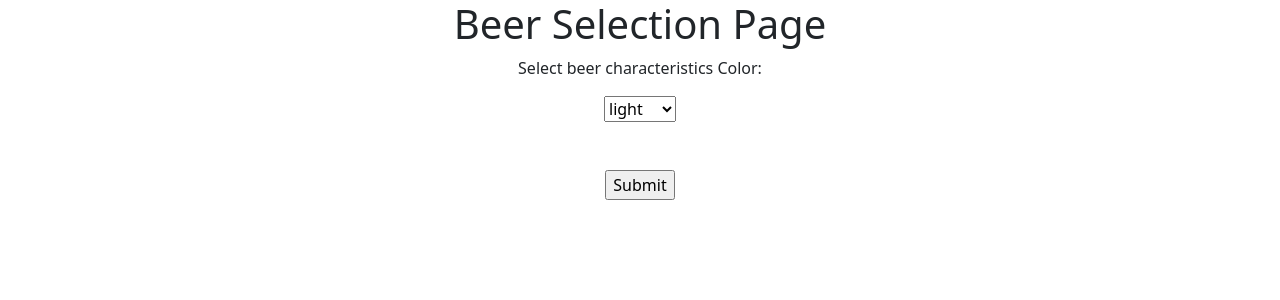
Repository: vedang03/servlet-jsp
Page: http://localhost/10-beer-app/beerSelect.jsp
An editor plug-in stored every save of this project. The page is shown before and after the next save, followed by the edit.
The browser window is 1280 px wide. The pictures show the whole page.
The page is served by Tomcat 9.

Above is the page before, as saved 2023-10-14 15:35:56.

After the next save:
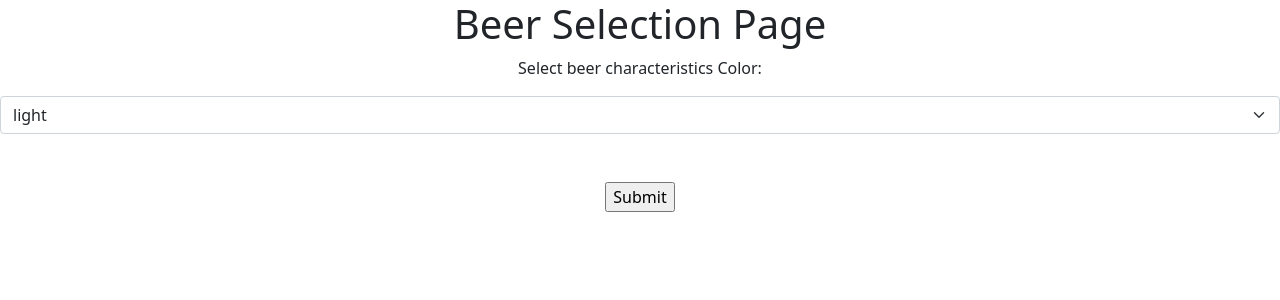
Saved 46 s later.
--- a/10-beer-app/WebContent/beerSelect.jsp
+++ b/10-beer-app/WebContent/beerSelect.jsp
@@ -22,7 +22,7 @@
 Color:
 </p>
 <center>
-<select name="color" size="1">
+<select name="color" size="1" class="form-select">
 <option value="light">light</option>
 <option value="amber">amber</option>
 <option value="brown">brown</option>
